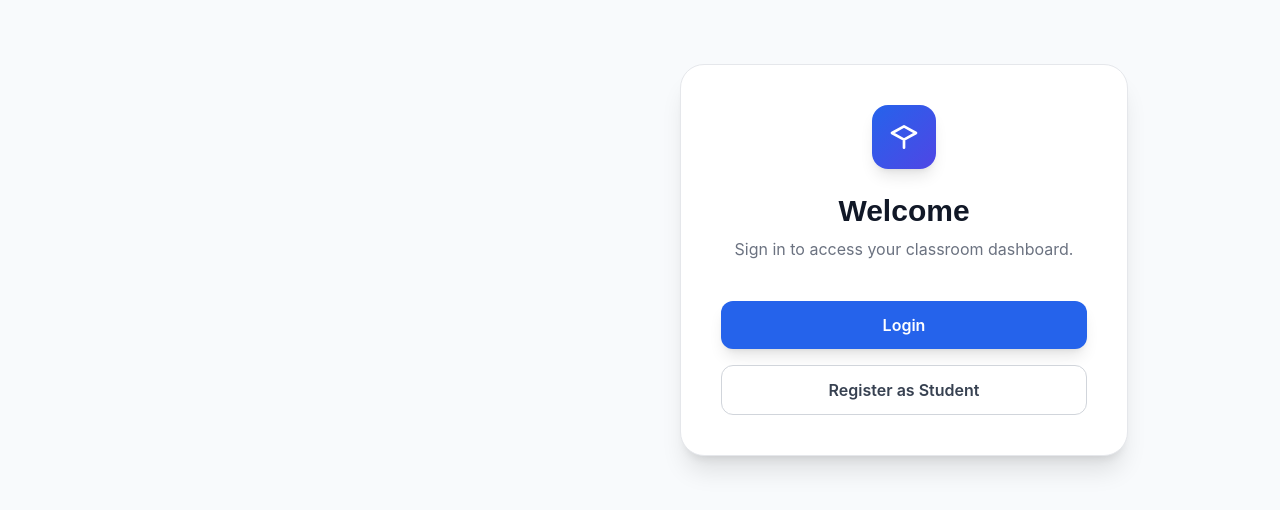
Repository: Chocovcandy/Classroom_Management_System
Page: http://localhost/Login_page
An editor plug-in stored every save of this project. The page is shown before and after a run of saves, followed by the edit.
The browser window is 1280 px wide. The pictures show the whole page.
Some web libraries are served in a nearby version. The page is served by the project's Laravel application, run on PHP 8.4 with Laravel 12. Other server files are loaded and not shown.

Above is the page before, as saved 2026-08-13 22:49:13.

### routes/web.php
<?php

use App\Http\Controllers\ProfileController;
use App\Http\Controllers\RoleSelectController;
use Illuminate\Support\Facades\Route;
use App\Http\Controllers\Admin\DepartmentController;
use App\Http\Controllers\Admin\UserController;

//public routes
Route::get('/', function () {
    return view('welcome');
})->name('welcome');

Route::get('/Login_page', function () {
    return view('Login_page');
})->name('Login_page');


// Authentication routes (login, register, etc.) are provided by Breeze
Route::middleware(['auth'])->group(function () {

    // Role selection (after login)
    Route::get('/role/select', [RoleSelectController::class, 'show'])
        ->name('role.select');

    Route::post('/role/select', [RoleSelectController::class, 'store'])
        ->name('role.select.store');

    // Profile (any logged-in user)
    Route::controller(ProfileController::class)->group(function () {
        Route::get('/profile', 'edit')->name('profile.edit');
        Route::patch('/profile', 'update')->name('profile.update');
        Route::delete('/profile', 'destroy')->name('profile.destroy');
    });

    // Admin routes
    Route::prefix('admin')
        ->name('admin.')
        ->middleware(['role:Admin'])
        ->group(function () {

            Route::view('/dashboard', 'admin.dashboard')
                ->name('dashboard');

            Route::resource('users', UserController::class);
            Route::resource('departments', DepartmentController::class);
        });

 // Dean rputes
    Route::prefix('dean')
        ->name('dean.')
        ->middleware(['role:Dean'])
        ->group(function () {
            Route::view('/dashboard', 'dean.dashboard')
                ->name('dashboard');
        });

    //HoD routes
    Route::prefix('hod')
        ->name('hod.')
        ->middleware(['role:HoD'])
        ->group(function () {
            Route::view('/dashboard', 'hod.dashboard')
                ->name('dashboard');
        });

    // Professor routes
    Route::prefix('professor')
        ->name('professor.')
        ->middleware(['role:Professor'])
        ->group(function () {
            Route::view('/dashboard', 'professor.dashboard')
                ->name('dashboard');
        });

    // Student routes
    Route::prefix('student')
        ->name('student.')
        ->middleware(['role:Student'])
        ->group(function () {
            Route::view('/dashboard', 'student.dashboard')
                ->name('dashboard');
        });


});

require __DIR__.'/auth.php';

### resources/views/Login_page.blade.php
<!DOCTYPE html>
<html lang="en">

<head>
    <meta charset="UTF-8">
    <meta name="viewport" content="width=device-width, initial-scale=1.0">
    <!--=============== BOXICONS ===============-->
    <link rel="stylesheet" href="https://cdn.jsdelivr.net/npm/boxicons@latest/css/boxicons.min.css">

    <link rel="stylesheet" href="/assets/css/login_style.css">
    <link rel="stylesheet" href="/assets/css/welcome_style.css">

    <title>Classroom Management System</title>

    <!-- Tailwind CDN (quick setup) -->
    <script src="https://cdn.tailwindcss.com"></script>
</head>
<body>


            <div class="min-h-screen bg-slate-50">


                <div class="max-w-7xl mx-auto px-8 py-16 grid lg:grid-cols-2 gap-20 items-center">
                    <div>




                    </div>


                    <!-- Right -->

                    <div class="w-full max-w-md bg-white rounded-3xl border border-gray-200 shadow-xl p-10">

                        <!-- Header -->
                        <div class="text-center">

                            <div
                                class="mx-auto flex h-16 w-16 items-center justify-center rounded-2xl bg-gradient-to-br from-blue-600 to-indigo-600 shadow-lg">
                                <svg xmlns="http://www.w3.org/2000/svg" class="h-8 w-8 text-white" fill="none"
                                    viewBox="0 0 24 24" stroke="currentColor">

                                    <path stroke-linecap="round" stroke-linejoin="round" stroke-width="2"
                                        d="M12 14l9-5-9-5-9 5 9 5zm0 0v6m0-6L3 9m9 5l9-5" />

                                </svg>
                            </div>

                            <h2 class="mt-6 text-3xl font-bold text-gray-900">
                                Welcome
                            </h2>

                            <p class="mt-2 text-gray-500">
                                Sign in to access your classroom dashboard.
                            </p>

                        </div>

                        @guest

                            <div class="mt-10 space-y-4">

                                <a href="{{ route('login') }}"
                                    class="flex items-center justify-center rounded-xl bg-blue-600 py-3 font-semibold text-white shadow-lg hover:bg-blue-700 hover:shadow-xl transition duration-300">

                                    Login

                                </a>

                                @if (Route::has('register'))

                                    <a href="{{ route('register') }}"
                                        class="flex items-center justify-center rounded-xl border border-gray-300 bg-white py-3 font-semibold text-gray-700 hover:bg-gray-50 transition duration-300">

                                        Register as Student

                                    </a>

                                @endif

                            </div>

                        @endguest


                        @auth

                            @php
                                $role = auth()->user()->roles->first()->role_name ?? 'User';
                            @endphp

                            <div class="mt-8">

                                <!-- User Card -->
                                <div class="rounded-2xl bg-slate-50 border border-slate-200 p-5 text-center">

                                    <div
                                        class="mx-auto flex h-14 w-14 items-center justify-center rounded-full bg-blue-100 text-blue-700 font-bold text-xl">

                                        {{ strtoupper(substr(auth()->user()->name, 0, 1)) }}

                                    </div>

                                    <h3 class="mt-4 text-xl font-semibold text-gray-900">
                                        {{ auth()->user()->name }}
                                    </h3>

                                    <span
                                        class="inline-flex mt-2 rounded-full bg-blue-100 px-3 py-1 text-sm font-medium text-blue-700">

                                        {{ $role }}

                                    </span>

                                </div>

                                <!-- Dashboard Button -->

                                @if ($role === 'Admin')
                                <a href="{{ route('admin.dashboard') }}" @elseif ($role === 'Dean')
                                href="{{ route('dean.dashboard') }}" @elseif ($role === 'HoD')
                                    href="{{ route('hod.dashboard') }}" @elseif ($role === 'Professor')
                                    href="{{ route('professor.dashboard') }}" @elseif ($role === 'Student')
                                    href="{{ route('student.dashboard') }}" @endif
                                    class="mt-6 flex justify-center rounded-xl bg-emerald-600 py-3 font-semibold text-white shadow-lg hover:bg-emerald-700 transition">

                                    Go to Dashboard

                                </a>

                                <form method="POST" action="{{ route('logout') }}" class="mt-4">
                                    @csrf

                                    <button type="submit"
                                        class="w-full rounded-xl border border-red-300 py-3 font-medium text-red-600 hover:bg-red-50 transition">

                                        Logout

                                    </button>

                                </form>

                            </div>

                        @endauth

                    </div>
                </div>



            </div>

    </div>


</body>

</html>

### public/assets/css/login_style.css
.img_svg8 svg {
    display: block;
    width: 100%;
    max-width: 420px;
    margin: 0 auto 0px;
}

### public/assets/css/welcome_style.css
/*=============== GOOGLE FONTS ===============*/
@import url("https://fonts.googleapis.com/css2?family=Poppins:wght@400;600;700&display=swap");
/*=============== VARIABLES CSS ===============*/
:root {
    --header-height: 3rem;
    /*========== Colors ==========*/
    --hue: 45;
    --sat: 98%;
    --first-color: hsl(var(--hue), var(--sat), 60%);
    --first-color-light: hsl(var(--hue), var(--sat), 85%);
    --first-color-lighten: hsl(var(--hue), var(--sat), 80%);
    --first-color-alt: hsl(var(--hue), var(--sat), 53%);
    --title-color: hsl(var(--hue), 4%, 15%);
    --text-color: hsl(var(--hue), 4%, 35%);
    --text-color-light: hsl(var(--hue), 4%, 65%);
    --body-color: hsl(var(--hue), 0%, 100%);
    --container-color: #fff;
    --scroll-bar-color: hsl(var(--hue), 4%, 85%);
    --scroll-thumb-color: hsl(var(--hue), 4%, 75%);
    /*========== Font and typography ==========*/
    --body-font: "Poppins", sans-serif;
    --biggest-font-size: 2rem;
    --h2-font-size: 1.25rem;
    --h3-font-size: 1.2rem;
    --normal-font-size: 0.938rem;
    --small-font-size: 0.813rem;
    --smaller-font-size: 0.75rem;
    /*========== Font weight ==========*/
    --font-semi-bold: 600;
    --font-bold: 700;
    /*========== Margenes ==========*/
    --mb-0-5: 0.5rem;
    --mb-0-75: 0.75rem;
    --mb-1: 1rem;
    --mb-1-5: 1.5rem;
    --mb-2: 2rem;
    /*========== z index ==========*/
    --z-tooltip: 10;
    --z-fixed: 100;
}

@media screen and (min-width: 968px) {
    :root {
        --biggest-font-size: 3rem;
        --h2-font-size: 1.75rem;
        --h3-font-size: 1.25rem;
        --normal-font-size: 1rem;
        --small-font-size: 0.875rem;
        --smaller-font-size: 0.813rem;
    }
}
/*=============== BASE ===============*/
*,
::before,
::after {
    box-sizing: border-box;
    padding: 0;
    margin: 0;
}

html {
    scroll-behavior: smooth;
    scroll-padding-top: 6rem;
}

body {
    margin: var(--header-height) 0 0 0;
    font-size: var(--normal-font-size);
    background: #f5f7fb;
    color: var(--text-color);
    transition: 0.5s;
    font-family: "Inter", sans-serif;
}

h1,
h2,
h3 {
    font-family: "Plus Jakarta Sans", sans-serif;
    color: var(--title-color);
    line-height: 1.5;
}

ul {
    list-style: none;
}

a {
    text-decoration: none;
}
section {
    scroll-margin-top: -70px;
}

.container {
    width: 70%;
    max-width: 1200px;
    margin: 0 auto;
    padding: 0 70px;
    box-sizing: border-box;
}
/*========== Button Dark/Light ==========*/
.change-theme {
    position: absolute;
    right: 1.5rem;
    top: 2.2rem;
    color: var(--title-color);
    font-size: 1.8rem;
    cursor: pointer;
}

.dark-theme .footer {
    background-color: var(--container-color);
}

/*=============== REUSABLE CSS CLASSES ===============*/
.section {
    padding: 4.5rem 0 1rem;
}

.section__title,
.section__title-center {
    font-size: var(--h2-font-size);
    color: var(--title-color);
    text-align: center;
    margin-bottom: var(--mb-1);
}

.svg__img {
    width: 300px;
    justify-self: center;
}

/*=============== LAYOUT ===============*/
.container {
    max-width: 1600px;
    margin-left: auto;
    margin-right: auto;
    /* background-color: red; */
}

.grid {
    display: grid;
    gap: 4.5rem;
}

/*=============== HEADER ===============*/
.header {
    position: fixed;
    top: 25px;
    left: 0;
    width: 100%;
    z-index: 1000;
    background: transparent;
}

/*=============== NAV ===============*/
.nav {
    max-width: 1300px;
    margin: 10px;
    height: 60px;
    display: flex;
    justify-content: space-between;
    align-items: center;

    padding: 0 20px;

    background: white;
    backdrop-filter: blur(20px);
    /* -webkit-backdrop-filter: blur(20px); */

    border-radius: 40px;

    box-shadow: 0 10px 30px rgba(0, 0, 0, 0.08);

    border: 1px solid rgba(255, 255, 255, 0.5);

    position: fixed;
    top: 0px;
    left: 50%;
    transform: translateX(-50%);
    z-index: 1000;
}
.LU_logo {
    width: 220px;
    margin-left: 22px;
}
.nav__menu {
    flex: 1;
    display: flex;
    justify-content: center;
}
.nav__list {
    display: flex;
    /* gap:18px; */
    list-style: none;
}

.nav__link {
    padding: 10px 18px;
    border-radius: 30px;

    text-decoration: none;
    color: #555;

    font-weight: 600;

    transition: 0.3s;
}
.nav__link:hover {
    background: hsl(219, 77%, 62%);
    color: #f3f4f6;
}

.active-link {
    background: hsl(219, 77%, 62%);
    color: #f3f4f6;
}
.nav__actions {
    display: flex;
    align-items: center;
}
#getStarted {
    padding: 12px 24px;
    border-radius: 40px;
    background: var(--first-color);
    color: #fff;
    text-decoration: none;
    font-weight: 600;
    transition: 0.3s;
}

#getStarted:hover {
    transform: translateY(-2px);
    box-shadow: 0 10px 20px rgba(0, 0, 0, 0.15);
}

/*=============== SVG Image ===============*/
.img_svg1 svg {
    width: 100%;
    max-width: 500px;
    /* margin-left: 55px; */
}

.img_svg2 svg {
    width: 100%;
    max-width: 480px;
    margin-left: 50px;
}
.img_svg3 svg {
    width: 100%;
    display: block;
    max-width: 200px;
    margin-left: 20px;
    margin: 0 auto 0px;
}
.img_svg4 svg {
    margin-top: 80px;
    display: block;
    width: 100%;
    max-width: 235px;
    margin: 0 auto 0px;
}
.img_svg5 svg {
    display: block;
    /* width: 100%; */
    max-width: 180px;
    padding-top: 20px;
    padding-bottom: 20px;
    margin: 0 auto 0px;
}
.img_svg6 svg {
    display: block;
    /* width: 100%; */
    max-width: 210px;
    padding-top: 20px;
    padding-bottom: 20px;
    margin: 0 auto 0px;
}
.img_svg7 svg {
    display: block;
    width: 100%;
    max-width: 180px;
    margin: 0 auto 0px;
}

.image_01 img {
    width: 100%;
    max-width: 180px;
    height: 180px;
    object-fit: cover;
    border-radius: 50%;
    display: block;
    margin: 0 auto;
}
.image_02 img {
    width: 100%;
    max-width: 180px;
    height: 180px;
    object-fit: cover;
    border-radius: 50%;
    display: block;
    margin: 0 auto;
}
.img_svg1 {
    display: flex;
    justify-content: center;
    position: relative;
}

.img_svg1 svg {
    width: 100%;
    max-width: 560px;
    animation: float 5s ease-in-out infinite;
}

/*================ HOME =================*/
.home {
    position: relative;
    min-height: 85vh;
    padding-top: 110px;
    line-height: 1.1;
    display: flex;
    align-items: center;

    overflow: hidden;
}

.home__container {
    display: grid;
    grid-template-columns: 1.05fr 0.95fr;
    align-items: center;
    gap: 50px;
}

.home__data {
    max-width: 700px;
}

.home__title {
    max-width: 800px;
    margin-bottom: 1.5rem;

    font-size: clamp(2.5rem, 4vw, 4rem);
    font-weight: 600;
    line-height: 1.08;
    letter-spacing: -2px;

    color: #1f2937;
}

.home__description {
    max-width: 550px;
    margin-bottom: 2.5rem;

    font-size: 1.1rem;
    line-height: 1.8;

    color: #6b7280;
}

.home__buttons {
    display: flex;
    gap: 18px;
}

.home__visual {
    display: flex;
    justify-content: center;
    align-items: center;
}

.home__illustration {
    width: 100%;
    max-width: 520px;
}
.home__title span {
    color: #266bda;
}
.home__badge {
    display: inline-flex;
    align-items: center;
    gap: 9px;

    padding: 8px 15px;
    margin-bottom: 22px;

    border: 1px solid rgba(79, 70, 229, 0.18);
    border-radius: 999px;

    background: rgba(79, 70, 229, 0.06);

    color: #266bda;
    font-size: 12px;
    font-weight: 600;
    letter-spacing: 0.6px;

    box-shadow: 0 4px 15px rgba(79, 70, 229, 0.06);
}

.home__badge-dot {
    width: 7px;
    height: 7px;

    border-radius: 50%;
    background: #266bda;

    box-shadow: 0 0 0 4px rgba(79, 70, 229, 0.1);
}

#campuses {
    padding-top: 60px;
}

@keyframes float {
    0%,
    100% {
        transform: translateY(0);
    }

    50% {
        transform: translateY(-15px);
    }
}

#features {
    padding-top: 30px;
}

.features__title {
    text-align: center;
    font-size: 2.5rem;
    font-weight: 700;
    margin-bottom: 3.5rem;
    position: relative;
    margin-top: 40px;
}

.features__title::after {
    content: "";
    display: block;
    width: 50px;
    height: 7px;
    margin: 12px auto 0;
    border-radius: 10px;
    background: hsl(219, 77%, 62%);
}

.services__container--two {
    width: 100% !important;
    max-width: 2000px !important;
    margin: 0 auto !important;

    display: grid !important;
    grid-template-columns: repeat(2, minmax(0, 1fr)) !important;
    gap: 2.5rem !important;
}

.services__container--two .card__container {
    width: 100% !important;
    max-width: none !important;
}
section.services.section.container {
  margin-top: 30px;
}

#feature {
    padding-top: 200px;
}

#services__description {
    margin-top: 20px;
}

#services {
    margin-top: 210px;
}

/*=============== BUTTONS ===============*/
.button {
    display: inline-flex;
    align-items: center;
    justify-content: center;

    background: hsl(219, 77%, 62%);
    color: #fff;

    padding: 0.75rem 1.6rem;
    border: 2px solid transparent;
    border-radius: 2rem;

    font-weight: 600;
    text-decoration: none;

    box-shadow: 0 5px 15px hsla(219, 77%, 62%, 0.25);

    transition: all 0.3s ease;
}

.button:hover {
    background: transparent;
    color: hsl(219, 77%, 62%);
    border-color: hsl(219, 77%, 62%);
    box-shadow: none;
    transform: translateY(-2px);
}

.button:active {
    transform: translateY(-1px);
}

.button__header {
    display: none;
}

.button-link {
    background: none;
    padding: 0;
    color: var(--title-color);
}

.button-link:hover {
    background-color: transparent;
}

.button-flex {
    display: inline-flex;
    align-items: center;
    column-gap: 0.25rem;
    padding: 0.75rem 1rem;
}

.button__icon {
    font-size: 1.5rem;
}

/*=============== ABOUT ===============*/
.about__container {
    gap: 2.5rem;
    padding-top: 60px;
}

.about__data {
    text-align: center;
    margin-top: 45px;
}
.about__description {
    font-size: 17px;
    line-height: 1.8;
}

/*=============== Annoucement ===============*/
.annoucement__container {
    gap: 2.5rem;
    padding-top: 140px;
}
.annoucement__description {
    font-size: 17px;
    line-height: 1.8;
}

.annoucement__data {
    text-align: center;
}

/*=============== SERVICES ===============*/
.card__container {
    display: grid;
    row-gap: 1rem;
    background-color: var(--container-color);
    box-shadow: 0px 2px 6px hsla(var(--hue), 100%, 15%, 0.15);
    padding: 2rem 1.5rem;
    border-radius: 1rem;
    text-align: center;
}
#services {
    padding-top: 45px;
}

.services__img {
    width: 135px;
    justify-self: center;
    margin-bottom: var(--mb-0-5);
}
.contact__card {
    background: #fff;
    border-radius: 20px;
    overflow: hidden;
    box-shadow: 0 10px 30px rgba(0, 0, 0, 0.08);
    transition: 0.35s;
}

.contact__card:hover {
    transform: translateY(-8px);
    box-shadow: 0 18px 40px rgba(0, 0, 0, 0.12);
}

.contact__image {
    width: 100%;
    height: 200px;
    object-fit: cover;
}

.contact__badge {
    display: inline-block;
    margin: 1.25rem 1.5rem 0.5rem;
    padding: 0.35rem 0.8rem;
    border-radius: 30px;
    background: var(--first-color-light);
    color: var(--title-color);
    font-size: 0.8rem;
    font-weight: 600;
}

.contact__title {
    margin: 0 1.5rem;
    font-size: 1.3rem;
}

.contact__text {
    margin: 0.75rem 1.5rem;
    color: var(--text-color);
    line-height: 1.7;
}

.contact__info {
    margin: 1.25rem 1.5rem 2rem;
    display: grid;
    gap: 0.7rem;
    color: var(--text-color);
}

.contact.section.container {
    max-width: 1000px;
    /* margin: 0 auto; */
    /* margin: 0 auto; */
}

.contact__description {
    text-align: center;
    max-width: 650px;
    margin: 0 auto 20px;
    color: var(--text-color);
}
#contact {
    padding-top: 160px;
}

/*=============== CONTACT ===============*/

/* .contact__container  grid{
    display:grid;
    grid-template-columns:repeat(auto-fit,minmax(340px,1fr));
    gap:2rem;
    max-width:2800px;
    margin:auto;
}
.contact__description {
    text-align: center;
}

.contact__content {
    row-gap: 0.75rem;
}

.contact__address {
    font-size: var(--small-font-size);
    font-weight: var(--font-semi-bold);
    color: var(--title-color);
}

.contact__information {
    font-weight: initial;
    color: var(--text-color);
}
 */

/*=============== FOOTER ===============*/
.footer {
    background-color: var(--first-color-lighten);
    padding-bottom: 2rem;
}

.footer__container {
    row-gap: 2rem;
}

.footer__logo,
.footer__title {
    font-size: var(--h3-font-size);
    margin-bottom: var(--mb-0-75);
}

.footer__logo {
    display: inline-block;
    font-weight: var(--font-semi-bold);
    color: var(--title-color);
}

.footer__description,
.footer__link {
    font-size: var(--small-font-size);
}

.footer__links {
    display: grid;
    row-gap: 0.5rem;
}

.footer__link {
    color: var(--title-color);
}

.footer__social {
    display: flex;
    column-gap: 1.5rem;
}

.footer__social-link {
    font-size: 1.25rem;
    color: var(--title-color);
}

.footer__copy {
    margin-top: 6rem;
    text-align: center;
    font-size: var(--smaller-font-size);
    color: var(--text-color);
}

/*=============== SCROLL UP ===============*/
.scrollup {
    position: fixed;
    background: var(--first-color);
    right: 1rem;
    bottom: -20%;
    display: inline-flex;
    padding: 0.3rem;
    border-radius: 0.25rem;
    z-index: var(--z-tooltip);
    opacity: 0.8;
    transition: 0.4s;
}

.scrollup:hover {
    background-color: var(--first-color);
    opacity: 1;
}

.scrollup__icon {
    font-size: 1.25rem;
    color: var(--title-color);
}

/* Show Scroll Up*/
.show-scroll {
    bottom: 3rem;
}

/*=============== SCROLL BAR ===============*/
::-webkit-scrollbar {
    width: 0.6rem;
    border-radius: 0.5rem;
    background-color: var(--scroll-bar-color);
}

::-webkit-scrollbar-thumb {
    background-color: var(--scroll-thumb-color);
    border-radius: 0.5rem;
}

::-webkit-scrollbar-thumb:hover {
    background-color: var(--text-color-light);
}

/*=============== MEDIA QUERIES ===============*/

/* Small devices */
@media screen and (max-width: 360px) {
    .svg__img {
        width: 100%;
    }
    .section {
        padding: 3.5rem 0 1rem;
    }
    .services__img {
        width: 100px;
    }

    .app__buttons {
        grid-template-columns: max-content;
    }
    .contact__container {
        grid-template-columns: 1fr;
    }
}

/* Medium devices */
@media screen and (min-width: 576px) {
    .svg__img {
        width: 100%;
    }

    .section__title-center {
        text-align: center;
    }

    .home__container,
    .about__container,
    .annoucement__container,
    .services__container,
    .app__container,
    .footer__container {
        grid-template-columns: repeat(2, 1fr);
    }

    .home__img {
        order: 1;
    }

    .home__container,
    .about__container,
    .annoucement__container,
    .app__container {
        align-items: center;
    }

    .about__data,
    .annoucement__data,
    .app__data,
    .contact__description {
        text-align: center;
    }

    .about__img,
    .app__img {
        order: -1;
    }

    /* Contact Cards */
    .contact__container {
        grid-template-columns: repeat(2, 1fr);
    }
}

/* Tablet */
@media screen and (min-width: 767px) {
    body {
        margin: 0;
    }

    .section {
        padding: 6rem 0 2rem;
    }

    .nav {
        height: calc(var(--header-height) + 1.5rem);
    }

    .nav__list {
        flex-direction: row;
        column-gap: 2.5rem;
    }

    .nav__toggle {
        display: none;
    }

    .change-theme {
        position: initial;
    }

    .home__container {
        padding: 6rem 0 2rem;
    }

    .app__buttons {
        justify-content: initial;
    }
}

/* Large devices */
@media screen and (min-width: 968px) {
    .button__header {
        display: block;
    }

    .svg__img {
        width: 470px;
    }

    .about__container,
    .annoucement__container,
    .app__container {
        column-gap: 6rem;
    }

    .services__container {
        grid-template-columns: repeat(3, 1fr);
    }

    /* Contact Cards */
    .contact__container {
        grid-template-columns: repeat(3, 1fr);
    }

    .footer__container {
        grid-template-columns: repeat(5, 1fr);
    }

    .footer__social {
        align-items: flex-start;
    }

    .footer__social-link {
        font-size: 1.45rem;
    }
}

/* Desktop */
@media screen and (min-width: 1024px) {
    .container {
        margin-left: auto;
        margin-right: auto;
    }

    .home__img {
        width: 540px;
    }

    .home__description {
        padding-right: 5rem;
    }

    .footer__container {
        column-gap: 3rem;
    }

    .scrollup {
        right: 2rem;
    }
}

Loaded but not shown: routes/auth.php (common file); app/Http/Controllers/Auth/EmailVerificationPromptController.php (common file); app/Http/Controllers/Controller.php (common file); app/Http/Controllers/Auth/VerifyEmailController.php (common file)

After the next 3 saves:
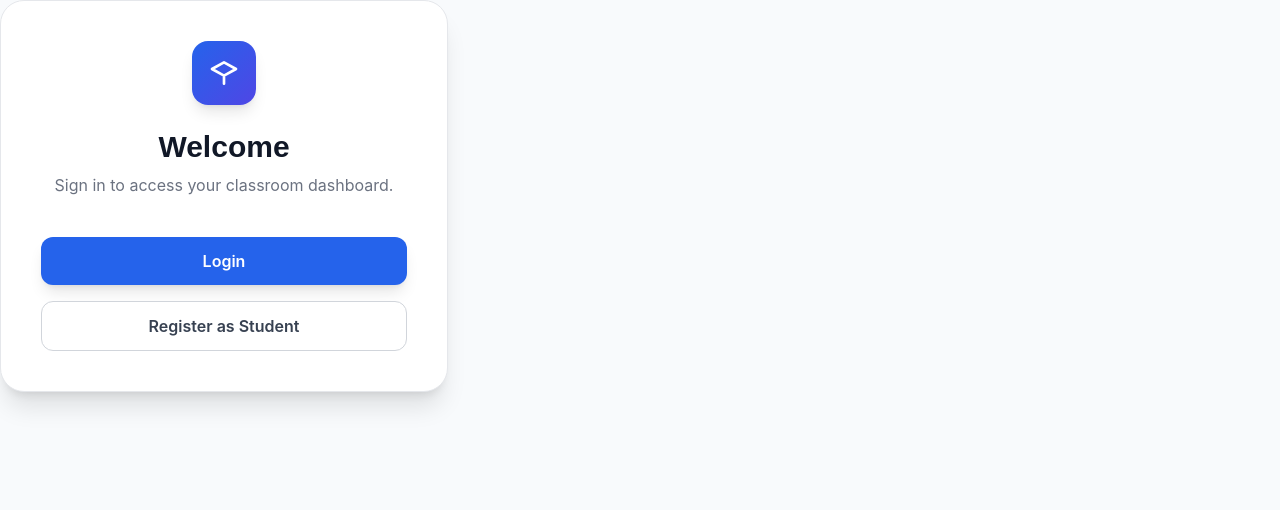
The 3 saves are shown as one change because they came seconds apart.
The last was saved 8 s later.
--- a/resources/views/Login_page.blade.php
+++ b/resources/views/Login_page.blade.php
@@ -21,13 +21,7 @@
             <div class="min-h-screen bg-slate-50">
 
 
-                <div class="max-w-7xl mx-auto px-8 py-16 grid lg:grid-cols-2 gap-20 items-center">
-                    <div>
 
-
-
-
-                    </div>
 
 
                     <!-- Right -->
@@ -150,9 +144,6 @@
                 </div>
 
 
-
-            </div>
-
     </div>
 
 
